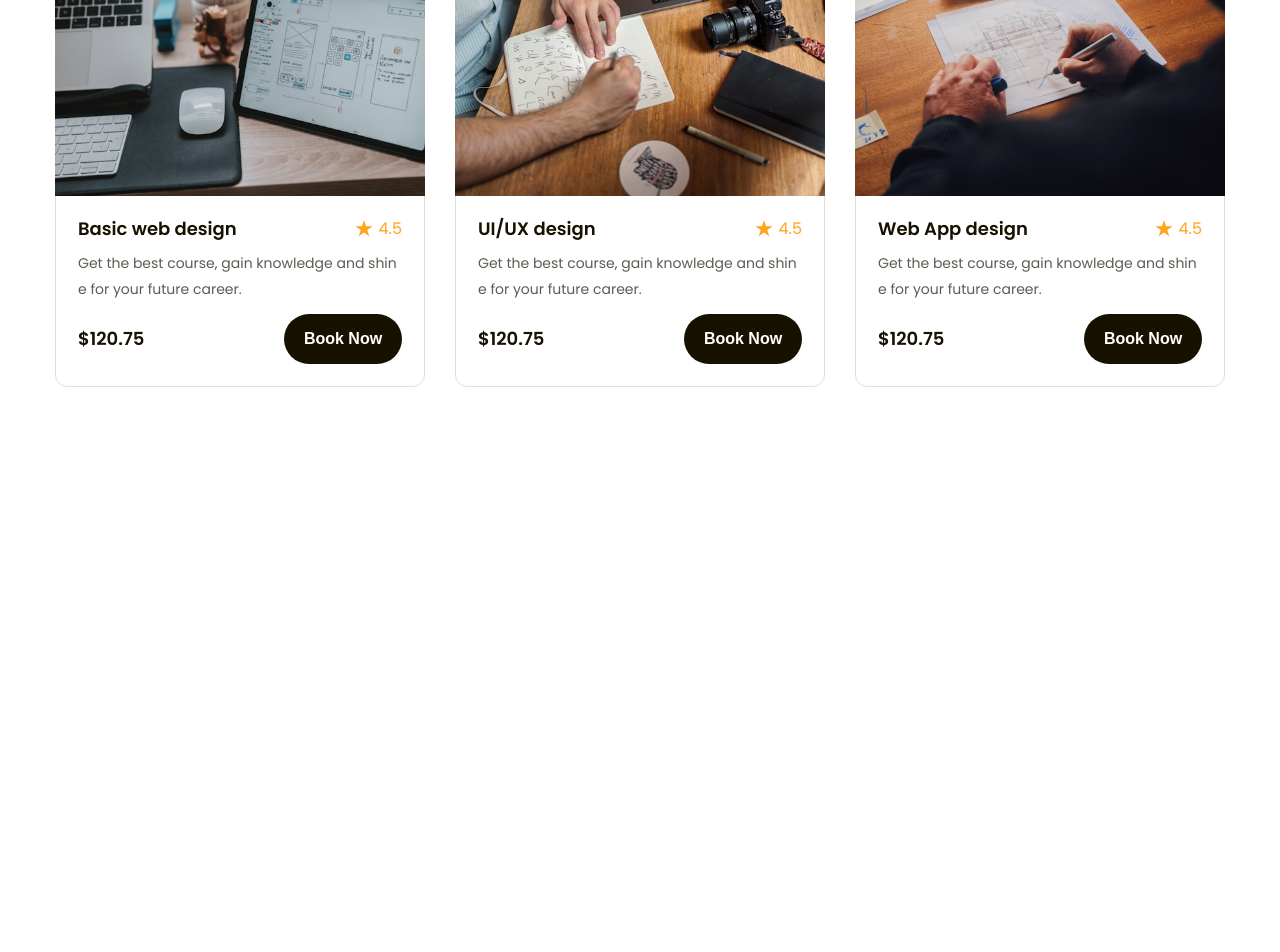
Repository: Tibi2003/f8-htmlcss-02
Page: index.html
These files come from the project's save history. The page is drawn as it stood at one moment and after the next save; the edit follows.
The browser window is 1280 px wide. The pictures show the part of the page from y = 1361 to 2313 px (the page is 5000 px tall).
A picture or video elsewhere on the page could not be fetched, so the positions and the page height are approximate.

Above is the page before, as saved 2024-03-08 10:51:47.

### index.html
<!DOCTYPE html>
<html lang="en">
	<head>
		<meta charset="UTF-8" />
		<meta name="viewport" content="width=device-width, initial-scale=1.0" />
		<title>F8 Project 02</title>
		<!-- Reset CSS -->
		<link rel="stylesheet" href="./assets/css/reset.css" />
		<!-- Embed fonts -->
		<link rel="preconnect" href="https://fonts.googleapis.com" />
		<link rel="preconnect" href="https://fonts.gstatic.com" crossorigin />
		<link
			href="https://fonts.googleapis.com/css2?family=Poppins:ital,wght@0,100;0,200;0,300;0,400;0,500;0,600;0,700;0,800;0,900;1,100;1,200;1,300;1,400;1,500;1,600;1,700;1,800;1,900&family=Sen:wght@400..800&display=swap"
			rel="stylesheet" />
		<!-- Styles -->
		<link rel="stylesheet" href="./assets/css/styles.css" />
	</head>
	<body>
		<main style="height: 5000px">
			<!-- Header -->
			<header class="header fixed">
				<div class="main-content">
					<div class="body">
						<!-- Logo -->
						<img
							src="./assets/img/logo.svg"
							alt="Lesson."
							class="logo" />

						<!-- Nav -->
						<nav class="nav">
							<ul>
								<li class="active">
									<a href="#!">Home</a>
								</li>
								<li>
									<a href="#!">Courses</a>
								</li>
								<li>
									<a href="#!">Pricing</a>
								</li>
								<li>
									<a href="#!">Reviews</a>
								</li>
							</ul>
						</nav>

						<!-- Action -->
						<div class="action">
							<a href="#!" class="btn sign-up-btn">Sign Up</a>
						</div>
					</div>
				</div>
			</header>

			<!-- Hero -->
			<div class="hero">
				<div class="main-content">
					<div class="body">
						<!-- Hero left -->
						<div class="media-block">
							<img
								src="./assets/img/hero-img.jpg"
								alt="Learn without limits and spread knowledge."
								class="img" />

							<div class="hero-summary">
								<div class="item">
									<div class="icon">
										<img
											src="./assets/icons/list.svg"
											alt="" />
									</div>
									<div class="info">
										<p class="label">20 Courses</p>
										<p class="title">UI/UX Design</p>
									</div>
								</div>
								<div class="item">
									<div class="icon">
										<img
											src="./assets/icons/code.svg"
											alt="" />
									</div>
									<div class="info">
										<p class="label">20 Courses</p>
										<p class="title">Development</p>
									</div>
								</div>
								<div class="item">
									<div class="icon">
										<img
											src="./assets/icons/speaker.svg"
											alt="" />
									</div>
									<div class="info">
										<p class="label">30 Courses</p>
										<p class="title">Marketing</p>
									</div>
								</div>
							</div>
						</div>

						<!-- Hero right -->
						<div class="content-block">
							<h1 class="heading lv1">
								Learn without limits and spread knowledge.
							</h1>
							<p class="desc">
								Build new skills for that “this is my year”
								feeling with courses, certificates, and degrees
								from world-class universities and companies.
							</p>
							<div class="cta-group">
								<a href="#!" class="btn hero-cta"
									>See Courses</a
								>
								<button class="watch-video">
									<div class="icon">
										<img
											src="./assets/icons/play.svg"
											alt="" />
									</div>
									<span>Watch Video</span>
								</button>
							</div>
							<p class="desc">Recent engagement</p>
							<p class="desc stats">
								<strong>50K</strong> Students
								<strong>70+</strong> Courses
							</p>
						</div>
					</div>
				</div>
			</div>

			<!-- Popular -->
			<div class="popular">
				<div class="main-content">
					<div class="popular-top">
						<div class="info">
							<h2 class="heading lv2">Our popular courses</h2>
							<p class="desc">
								Build new skills with new trendy courses and
								shine for the next future career.
							</p>
						</div>
						<div class="controls">
							<button class="control-btn">
								<svg
									width="8"
									height="14"
									viewBox="0 0 8 14"
									fill="none"
									xmlns="http://www.w3.org/2000/svg">
									<path
										d="M7 1L1 7L7 13"
										stroke="currentColor"
										stroke-linecap="round"
										stroke-linejoin="round" />
								</svg>
							</button>
							<button class="control-btn">
								<svg
									width="8"
									height="14"
									viewBox="0 0 8 14"
									fill="none"
									xmlns="http://www.w3.org/2000/svg">
									<path
										d="M1 1L7 7L1 13"
										stroke="currentColor"
										stroke-linecap="round"
										stroke-linejoin="round" />
								</svg>
							</button>
						</div>
					</div>

					<div class="course-list">
						<!-- Course item 1 -->
						<div class="course-item">
							<a href="#!">
								<img
									src="./assets/img/course-1.jpg"
									alt="Basic web design"
									class="thumb" />
							</a>
							<div class="info">
								<div class="head">
									<h3 class="title">
										<a
											href="#!"
											class="line-clamp break-all">
											Basic web design
										</a>
									</h3>
									<div class="rating">
										<img
											src="./assets/icons/star.svg"
											alt="Star"
											class="star" />
										<span class="value">4.5</span>
									</div>
								</div>
								<p class="desc line-clamp line-2 break-all">
									Get the best course, gain knowledge and
									shine for your future career.
								</p>
								<div class="foot">
									<span class="price">$120.75</span>
									<button class="btn book-btn">
										Book Now
									</button>
								</div>
							</div>
						</div>

						<!-- Course item 2 -->
						<div class="course-item">
							<a href="#!">
								<img
									src="./assets/img/course-2.jpg"
									alt="UI/UX design"
									class="thumb" />
							</a>
							<div class="info">
								<div class="head">
									<h3 class="title">
										<a
											href="#!"
											class="line-clamp break-all">
											UI/UX design
										</a>
									</h3>
									<div class="rating">
										<img
											src="./assets/icons/star.svg"
											alt="Star"
											class="star" />
										<span class="value">4.5</span>
									</div>
								</div>
								<p class="desc line-clamp line-2 break-all">
									Get the best course, gain knowledge and
									shine for your future career.
								</p>
								<div class="foot">
									<span class="price">$120.75</span>
									<button class="btn book-btn">
										Book Now
									</button>
								</div>
							</div>
						</div>

						<!-- Course item 3 -->
						<div class="course-item">
							<a href="#!">
								<img
									src="./assets/img/course-3.jpg"
									alt="Web App design"
									class="thumb" />
							</a>
							<div class="info">
								<div class="head">
									<h3 class="title">
										<a
											href="#!"
											class="line-clamp break-all">
											Web App design
										</a>
									</h3>
									<div class="rating">
										<img
											src="./assets/icons/star.svg"
											alt="Star"
											class="star" />
										<span class="value">4.5</span>
									</div>
								</div>
								<p class="desc line-clamp line-2 break-all">
									Get the best course, gain knowledge and
									shine for your future career.
								</p>
								<div class="foot">
									<span class="price">$120.75</span>
									<button class="btn book-btn">
										Book Now
									</button>
								</div>
							</div>
						</div>
					</div>
				</div>
			</div>
		</main>
	</body>
</html>

### assets/css/styles.css
* {
	box-sizing: border-box;
}

:root {
	--font-heading: Sen, sans-serif;
	--primary-color: #ffb900;
}

html {
	font-size: 62.5%;
}

body {
	font-size: 1.6rem;
	font-family: "Poppins", sans-serif;
}

/* Common */
.main-content {
	width: 1170px;
	max-width: calc(100% - 48px);
	margin-left: auto;
	margin-right: auto;
}

a {
	text-decoration: none;
}

.btn {
	display: inline-block;
	min-width: 118px;
	padding: 0 16px;
	line-height: 50px;
	color: #fff;
	text-align: center;
	font-size: 1.6rem;
	font-weight: 600;
	border-radius: 999px;
	background: #171100;
}

.btn:hover {
	opacity: 0.9;
	cursor: pointer;
}

.heading {
	color: #171100;
	font-family: var(--font-heading);
	font-weight: 700;
	letter-spacing: -1.16px;
}

.heading.lv1 {
	font-size: 5.8rem;
	line-height: 1.17;
}

.heading.lv2 {
	font-size: 3.8rem;
	line-height: 1.26;
}

.line-clamp {
	display: -webkit-box;
	-webkit-line-clamp: var(--line-clamp, 1);
	-webkit-box-orient: vertical;
	overflow: hidden;
}

.line-clamp.line-2 {
	--line-clamp: 2;
}

.break-all {
	word-break: break-all;
}

/* Header */
.header {
	background: #fffcf4;
}

.header.fixed {
	position: sticky;
	top: -28px;
	z-index: 1;
}

.header .body {
	display: flex;
	align-items: center;
	padding: 36px 0 8px;
}

.nav {
	margin-left: auto;
}

.nav ul {
	display: flex;
}

.nav a {
	position: relative;
	padding: 8px 21px;
	color: #5f5b53;
	font-size: 1.6rem;
}

.nav a:hover,
.nav li.active a {
	/* font-weight: 600; */
	text-shadow: 1px 0 0 currentColor;
	color: #171100;
}

.nav li.active a::after {
	position: absolute;
	left: 21px;
	bottom: 6px;
	content: "";
	display: block;
	width: 12px;
	height: 2px;
	border-radius: 1px;
	background: #171100;
}

.header .sign-up-btn {
	min-width: 144px;
}

.header .action {
	margin-left: 49px;
}

/* Hero */
.hero {
	padding: 56px 0 65px;
	background: #fffcf4;
}

.hero .body {
	display: flex;
}

/* Hero left */
.hero .media-block {
	position: relative;
	width: 48%;
}

.hero .media-block .img {
	width: 470px;
	height: 685px;
	object-fit: cover;
	border-radius: 20px;
	vertical-align: bottom;
}

.hero-summary {
	position: absolute;
	right: 0;
	bottom: 48px;
	width: 270px;
	padding: 24px;
	border-radius: 12px;
	background: #fff;
	box-shadow: 0px 16px 32px 0px rgba(0, 0, 0, 0.05);
}

.hero-summary .item {
	display: flex;
	align-items: center;
}

.hero-summary .item + .item {
	margin-top: 22px;
}

.hero-summary .item:nth-child(2) .icon {
	background: #fcefff;
}

.hero-summary .item:nth-child(3) .icon {
	background: #ebeaff;
}

.hero-summary .icon {
	width: 48px;
	height: 48px;
	border-radius: 50%;
	display: flex;
	align-items: center;
	justify-content: center;
	background: #fff9e8;
}

.hero-summary .info {
	margin-left: 16px;
}

.hero-summary .label {
	color: #5f5b53;
	font-size: 1.4rem;
	line-height: 1.86;
}

.hero-summary .title {
	color: #171100;
	font-size: 1.8rem;
	font-weight: 600;
	line-height: 1.67;
}

/* Hero right */
.hero .content-block {
	width: 52%;
	padding: 64px 0 0 130px;
}

.hero .desc {
	margin-top: 22px;
	color: #5f5b53;
	font-size: 1.8rem;
	line-height: 1.67;
}

.hero .cta-group {
	display: flex;
	align-items: center;
	margin: 38px 0 48px;
}

.hero-cta {
	min-width: 180px;
	line-height: 64px;
	background-color: var(--primary-color);
}

.hero .watch-video {
	display: flex;
	align-items: center;
	margin-left: 28px;
	border: none;
	background: transparent;
	cursor: pointer;
}

.hero .watch-video .icon {
	display: flex;
	align-items: center;
	justify-content: center;
	width: 40px;
	height: 40px;
	border-radius: 50%;
	background: #ffffff;
	box-shadow: 0px 8px 16px rgba(0, 0, 0, 0.07);
}

.hero .watch-video span {
	margin-left: 14px;
	color: #171100;
	font-size: 1.8rem;
	font-weight: 600;
	line-height: 1.67;
}

.hero .stats {
	margin: 8px 0 0 -28px;
}

.hero .stats strong {
	padding: 0 8px 0 28px;
	color: #171100;
	font-family: var(--font-heading);
	font-size: 4.4rem;
	font-weight: 700;
	line-height: 1.23;
}

/* Popular */
.popular {
	padding: 65px 0;
	margin-top: 135px;
}

.popular-top {
	display: flex;
	align-items: center;
	justify-content: space-between;
}

.popular-top .desc {
	margin-top: 16px;
	width: 458px;
	color: #5f5b53;
	font-size: 1.8rem;
	line-height: 1.67;
}

.popular-top .controls {
	display: flex;
	gap: 18px;
}

.popular-top .control-btn {
	display: flex;
	align-items: center;
	justify-content: center;
	width: 40px;
	height: 40px;
	border-radius: 50%;
	color: var(--primary-color);
	border: 1px solid var(--primary-color);
	background: transparent;
}

.popular-top .control-btn:hover {
	color: #fff;
	background: var(--primary-color);
	cursor: pointer;
}

.popular .course-list {
	display: flex;
	gap: 30px;
	margin-top: 55px;
}

.popular .course-item {
	flex: 1;
	border-radius: 12px;
	border: 1px solid #e2dfda;
	background: #fff;
}

.popular .course-item:hover {
	border-color: transparent;
	box-shadow: 0px 18px 36px 0px rgba(0, 0, 0, 0.05);
}

.popular .course-item .thumb {
	width: calc(100% + 2px);
	height: 278px;
	margin: -1px;
	object-fit: cover;
	border-radius: 12px 12px 0px 0px;
}

.popular .course-item .info {
	padding: 16px 22px 22px;
}

.popular .course-item .head,
.popular .course-item .rating,
.popular .course-item .foot {
	display: flex;
	align-items: center;
	justify-content: space-between;
}

.popular .course-item .title a {
	padding-right: 6px;
	color: #171100;
	font-size: 1.8rem;
	font-weight: 600;
	line-height: 1.67;
}

.popular .rating .value {
	margin-left: 6px;
	color: #fea31b;
	font-size: 1.6rem;
	line-height: 1.75;
}

.popular .course-item .desc {
	margin-top: 6px;
	color: #5f5b53;
	font-size: 1.4rem;
	line-height: 1.86;
}

.popular .course-item .foot {
	margin-top: 12px;
}

.popular .course-item .price {
	color: #171100;
	font-size: 1.8rem;
	font-weight: 600;
	line-height: 1.67;
}

.popular .course-item .book-btn {
	border: none;
}

.popular .course-item .book-btn:hover {
	color: #fff;
	background: var(--primary-color);
}

Loaded but not shown: assets/css/reset.css (common file)

After the next save:
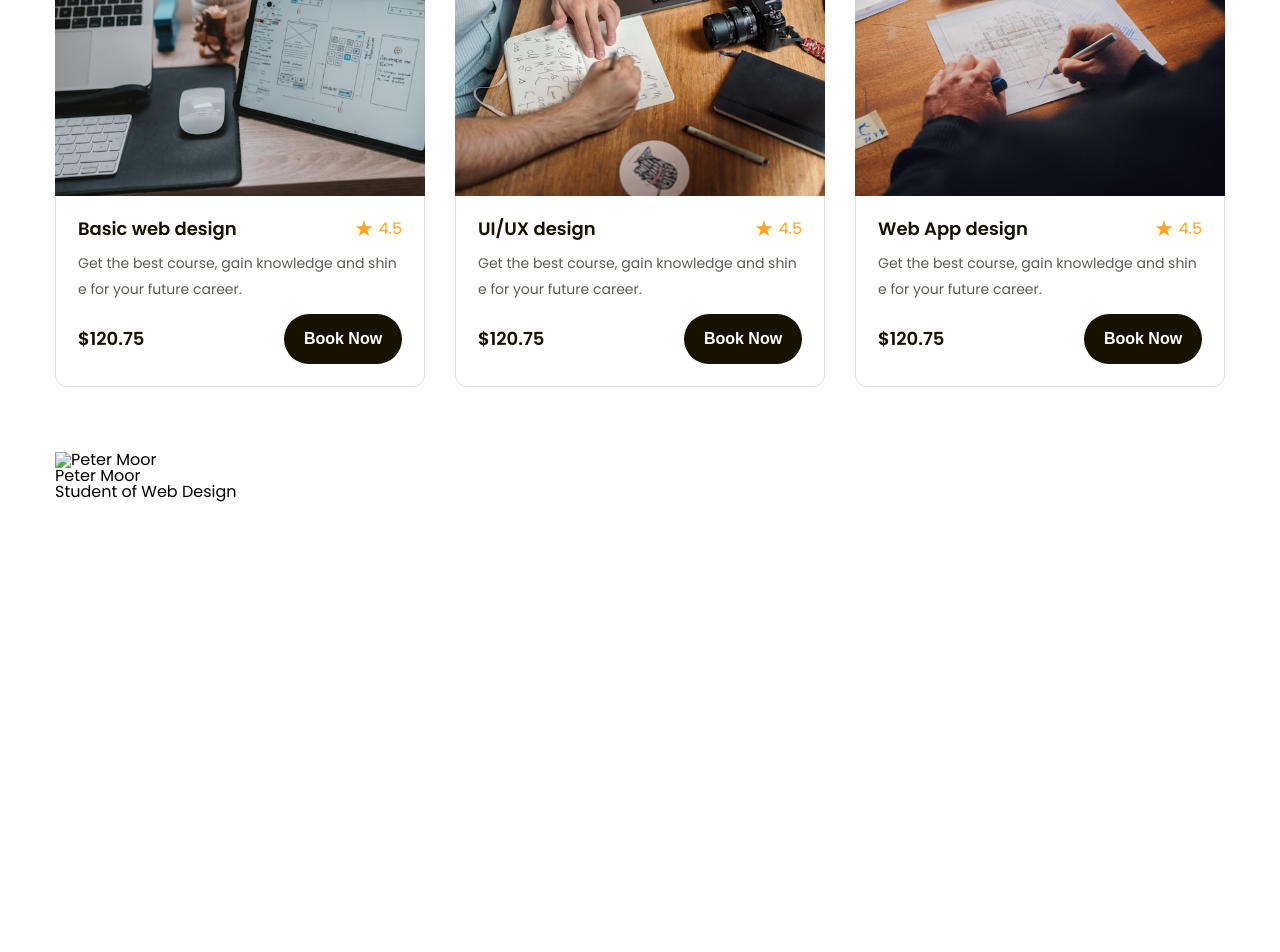
Saved 7 min 42 s later.
--- a/index.html
+++ b/index.html
@@ -294,6 +294,26 @@
 					</div>
 				</div>
 			</div>
+
+			<!-- Feedback -->
+			<div class="feedback">
+				<div class="main-content">
+					<div class="feedback-list">
+						<div class="feedback-item">
+							<div class="info">
+								<img src="" alt="Peter Moor" class="avatar" />
+								<p class="title">Peter Moor</p>
+								<p class="desc">Student of Web Design</p>
+								<div class="dots">
+									<span class="dot"></span>
+									<span class="dot"></span>
+									<span class="dot"></span>
+								</div>
+							</div>
+						</div>
+					</div>
+				</div>
+			</div>
 		</main>
 	</body>
 </html>
